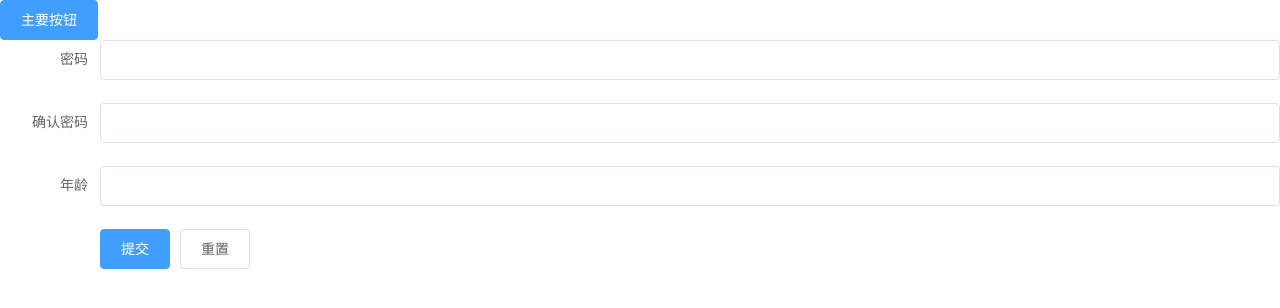
Repository: jinggegeZ/cnode
Page: /login
These files come from the project's save history. The page is drawn as it stood at one moment and after the next save; the edit follows.
The browser window is 1280 px wide. The pictures show the whole page.
The project was rebuilt for these pictures with package versions that can differ from the ones it lists, and the page was loaded fresh each time. Also part of the build but not shown: src/views/Home.vue, src/components/top/top.vue, src/components/right/right.vue, src/components/below/below.vue, src/views/layout1/layout.vue.

Above is the page before, as saved 2020-06-05 15:39:40.

### src/main.js
import Vue from 'vue'
import App from './App.vue'
import router from './router'
import store from './store'
import ElementUI from 'element-ui'
import 'element-ui/lib/theme-chalk/index.css'


Vue.config.productionTip = false
Vue.use(ElementUI);
new Vue({
  router,
  store,
  render: h => h(App)
}).$mount('#app')

### src/App.vue
<template>
  <div id="app">
    <router-view/>
  </div>
</template>

<style lang="scss">
   * {
  margin: 0;
  padding: 0;
 }
</style>

### src/router/index.js
import Vue from 'vue'
import VueRouter from 'vue-router'
import Home from '../views/Home.vue'
import layout from '../views/layout1/layout'

Vue.use(VueRouter)

  const routes = [
    {
      path:'/home',
      redirect:'/'
    },
  {
    path:'/',
    name:'layout',
    component: layout,
    children: [
      {
        path: '',
        name: 'Home',
        component: Home
      },
    ]
  },

  {
    path: '/login',
    name: 'login',
    component: () => import('../views/login/login')
  },

]

const router = new VueRouter({
  mode: 'history',
  base: process.env.BASE_URL,
  routes
})

export default router

### src/store/index.js
import Vue from 'vue'
import Vuex from 'vuex'

Vue.use(Vuex)

export default new Vuex.Store({
  state: {
    name:'jack'
  },
  mutations: {
  },
  actions: {
  },
  modules: {
  }
})

### src/views/login/login.vue
<template>
 <div>
    <div class="">
    <el-button type="primary">主要按钮</el-button>
      <el-form :model="ruleForm" status-icon :rules="rules" ref="ruleForm" label-width="100px" class="demo-ruleForm">
  <el-form-item label="密码" prop="pass">
    <el-input type="password" v-model="ruleForm.pass" autocomplete="off"></el-input>
  </el-form-item>
  <el-form-item label="确认密码" prop="checkPass">
    <el-input type="password" v-model="ruleForm.checkPass" autocomplete="off"></el-input>
  </el-form-item>
  <el-form-item label="年龄" prop="age">
    <el-input v-model.number="ruleForm.age"></el-input>
  </el-form-item>
  <el-form-item>
    <el-button type="primary" @click="submitForm('ruleForm')">提交</el-button>
    <el-button @click="resetForm('ruleForm')">重置</el-button>
  </el-form-item>
</el-form>
    </div>
 </div>
</template>

<script>
 export default {
   name: '',
   props: {
   },
   components: {

   },
   data() {
      var checkAge = (rule, value, callback) => {
        if (!value) {
          return callback(new Error('年龄不能为空'));
        }
        setTimeout(() => {
          if (!Number.isInteger(value)) {
            callback(new Error('请输入数字值'));
          } else {
            if (value < 18) {
              callback(new Error('必须年满18岁'));
            } else {
              callback();
            }
          }
        }, 1000);
      };
      var validatePass = (rule, value, callback) => {
        if (value === '') {
          callback(new Error('请输入密码'));
        } else {
          if (this.ruleForm.checkPass !== '') {
            this.$refs.ruleForm.validateField('checkPass');
          }
          callback();
        }
      };
      var validatePass2 = (rule, value, callback) => {
        if (value === '') {
          callback(new Error('请再次输入密码'));
        } else if (value !== this.ruleForm.pass) {
          callback(new Error('两次输入密码不一致!'));
        } else {
          callback();
        }
      };
      return {
        ruleForm: {
          pass: '',
          checkPass: '',
          age: ''
        },
        rules: {
          pass: [
            { validator: validatePass, trigger: 'blur' }
          ],
          checkPass: [
            { validator: validatePass2, trigger: 'blur' }
          ],
          age: [
            { validator: checkAge, trigger: 'blur' }
          ]
        }
      };
    },
   methods: {
      submitForm(formName) {
        this.$refs[formName].validate((valid) => {
          if (valid) {
            alert('submit!');
          } else {
            console.log('error submit!!');
            return false;
          }
        });
      },
      resetForm(formName) {
        this.$refs[formName].resetFields();
      }
    },
   mounted() {

   },
   watch: {

   },
   computed: {

   }
 }
</script>

<style scoped>

</style>

Loaded but not shown: public/index.html (common file)

After the next save:
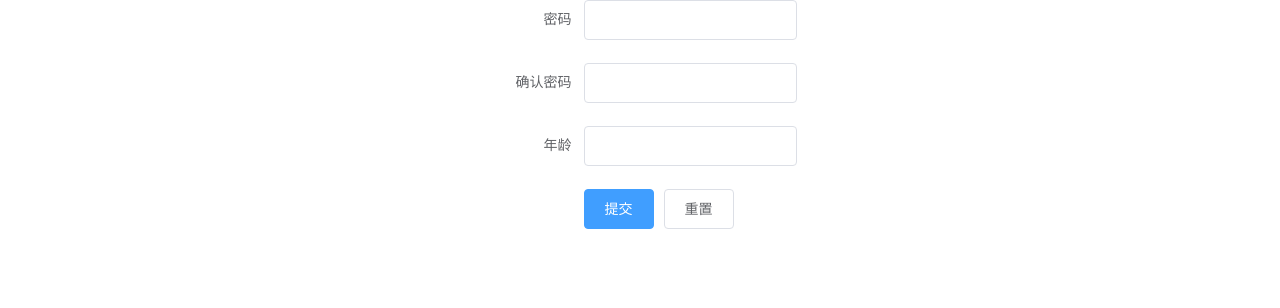
Saved 2 min 51 s later.
--- a/src/views/login/login.vue
+++ b/src/views/login/login.vue
@@ -1,7 +1,6 @@
 <template>
- <div>
-    <div class="">
-    <el-button type="primary">主要按钮</el-button>
+ <div class="continar">
+    <div class="box">
       <el-form :model="ruleForm" status-icon :rules="rules" ref="ruleForm" label-width="100px" class="demo-ruleForm">
   <el-form-item label="密码" prop="pass">
     <el-input type="password" v-model="ruleForm.pass" autocomplete="off"></el-input>
@@ -112,5 +111,13 @@
 </script>
 
 <style scoped>
-
+.continar {
+    width:100%;
+    height: 100%;
+}
+.box {
+    display: flex;
+    justify-content: center;
+    align-items: center;
+}
 </style>
